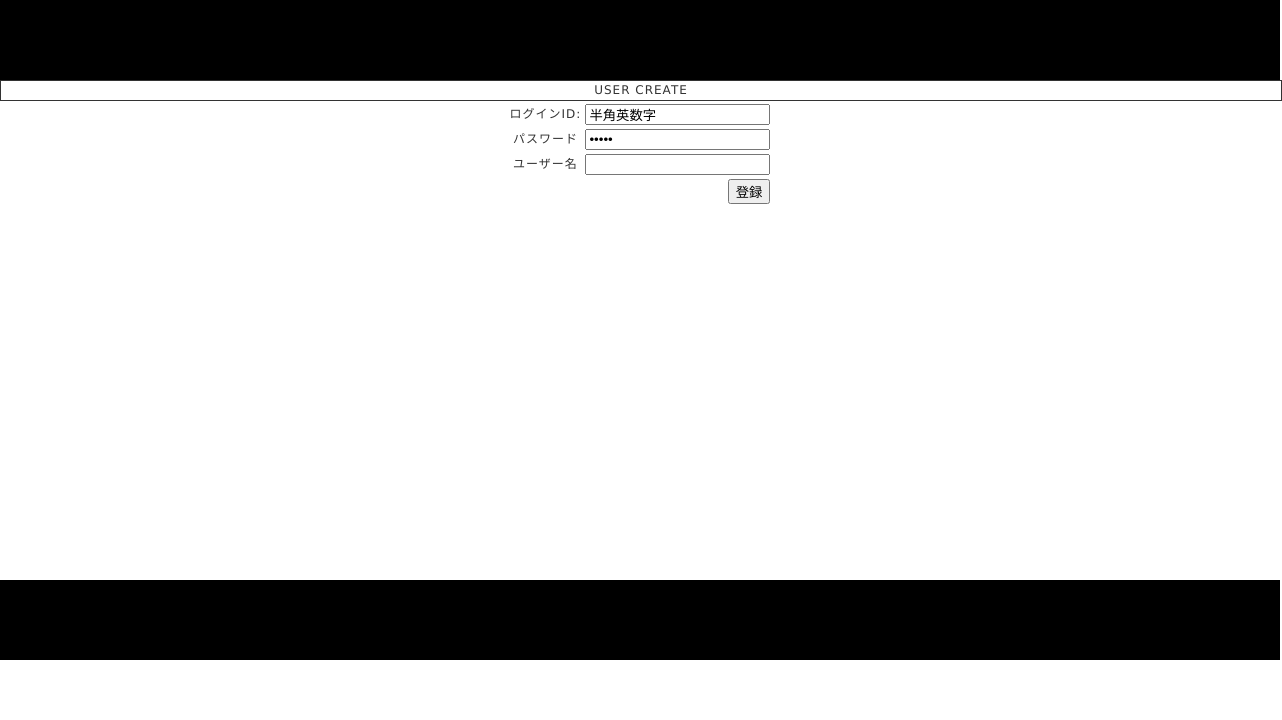
Repository: kf3225/backup
Page: http://localhost/ecsite/userCreate.jsp
The author's editor kept a copy of each file at every save. The page is drawn from the files as they stood at one save, then again after the next save.
The browser window is 1280 px wide. The page is 1282 px wide, then 1280 px, so the pictures cover 1282 px, including what lies to the right of the window. The pictures show the whole page.
The page is served by Tomcat 9. Other server files are loaded and not shown.

Above is the page before, as saved 2018-01-24 07:31:13.

### ecsite/WebContent/userCreate.jsp
<%@ page language="java" contentType="text/html; charset=UTF-8"
    pageEncoding="UTF-8"%>
<%@ taglib prefix="s" uri="/struts-tags" %>
<!DOCTYPE html PUBLIC "-//W3C//DTD HTML 4.01 Transitional//EN" "http://www.w3.org/TR/html4/loose.dtd">
<html>
<head>
<meta http-equiv="Content-Type" content="text/html; charset=UTF-8" />
<meta http-equiv="Content-Style-Type" content="text/css" />
<meta http-equiv="Content-Script-Type" content="text/javascript" />
<meta http-equiv="imagetoolbar" content="no" />
<meta name="description" content="" />
<meta name="keywords" content="" />
<title>USER CREATE</title>

<style type="text/css">

/* ===== TAG LAYOUT ===== */
body {
	margin:0;
	padding:0;
	line-height:1.6;
	letter-spacing:1px;
	font-family:Verdana, Helvetica, sans-serif;
	font-size:12px;
	color:#333;
	background-color:#fff;
}

table {
	text-align:center;
	margin:0 auto;
}

/* ===== ID LAYOUT ===== */
#top {
	width:100%;
	text-align:center;
	border:1px solid #333;
}

#header {
	width:100%;
	height:80px;
	background-color:black;
}

#main {
	width:100%;
	height:500px;
	background-color:#fff;
	text-align:center;
}

#footer {
	width:100%;
	height:80px;
	background-color:black;
	clear:both;
}

</style>

</head>
<body>
	<div id="header">
		<div id="pr"></div>
	</div>

	<div id="main">
		<div id="top">USER CREATE</div>
		<div>
			<s:if test="errorMessage != ''">
				<s:property value="errorMessage" escape="true"/>
			</s:if>
			<s:form action="UserCreateAction">
			<table>
				<tr>
					<td><label>ログインID:</label></td>
					<td><input type="text" name="loginUserId" value="半角英数字"></td>
				</tr>
				<tr>
					<td><label>パスワード</label></td>
					<td><input type="password" name="loginPassword" value="半角英数字" /></td>
				</tr>
				<tr>
					<td><label>ユーザー名</label></td>
					<td><input type="text" name="userName" value="" /></td>
				</tr>
				<s:submit value="登録" />
			</table>
			</s:form>
		</div>
	</div>

	<div id="footer">
		<div id="pr"></div>
	</div>
</body>
</html>

After the next save:
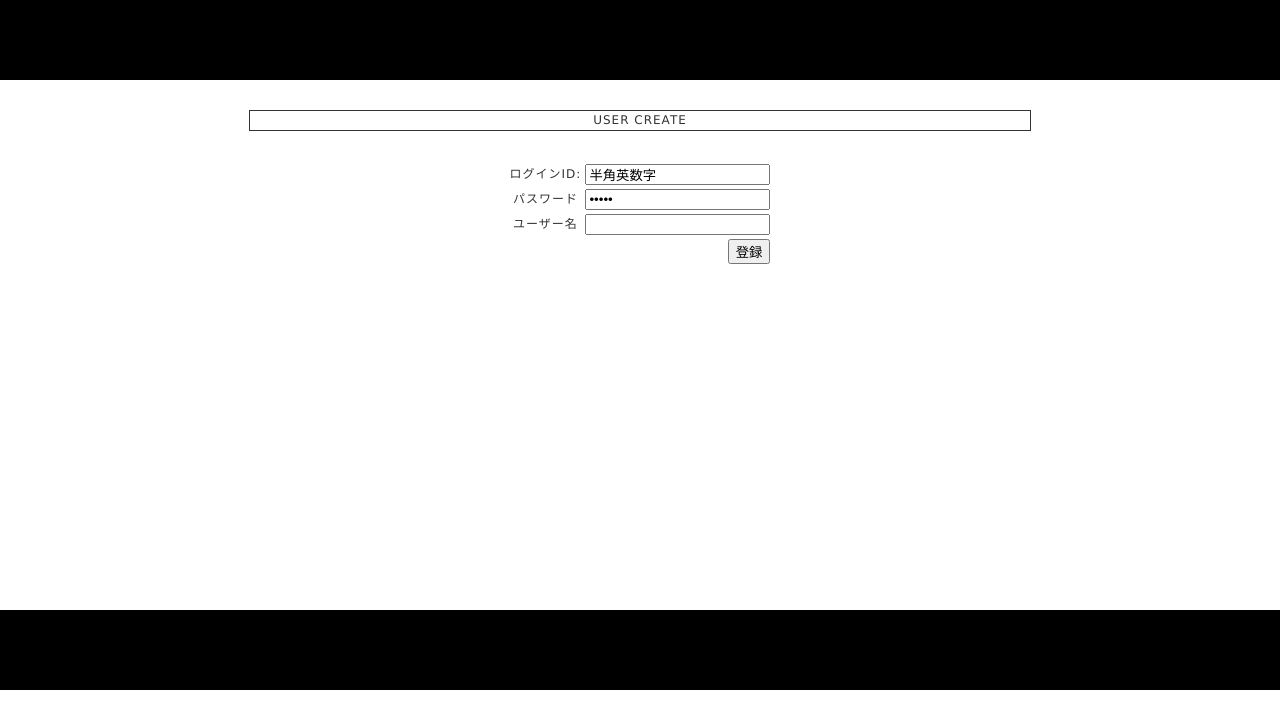
Saved 76 s later.
--- a/ecsite/WebContent/userCreate.jsp
+++ b/ecsite/WebContent/userCreate.jsp
@@ -33,7 +33,8 @@ table {
 
 /* ===== ID LAYOUT ===== */
 #top {
-	width:100%;
+	width:780px;
+	margin:30px auto;
 	text-align:center;
 	border:1px solid #333;
 }
